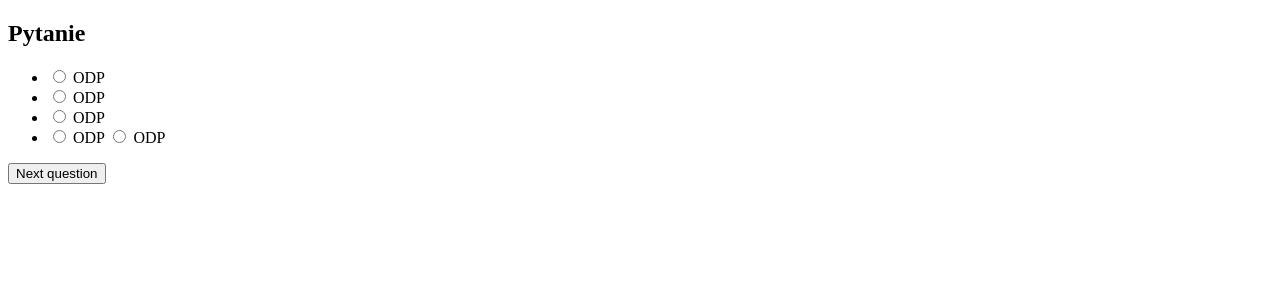
Repository: SebastianArmata22/Quiz
Page: index.html
An editor plug-in stored every save of this project. The page is shown before and after the next save, followed by the edit.
The browser window is 1280 px wide. The pictures show the whole page.

Above is the page before, as saved 2020-10-01 15:05:10.

### index.html
<!DOCTYPE html>
<html>
    <head>
        <meta charset="utf-8">
        <meta http-equiv="X-UA-Compatible" content="IE=edge">
        <title>Quiz</title>
        <meta name="description" content="">
        <meta name="viewport" content="width=device-width, initial-scale=1">
        <link rel="stylesheet" href="">
    </head>
    <body>
        <div class="quiz-container">
            <h2>
                Pytanie
            </h2>
            <ul>
                <li class="answer">
                    <input type="radio" name="a">
                    <label id="a">ODP</label>
                </li>
                <li class="answer">
                    <input type="radio" name="b">
                    <label id="b">ODP</label>
                </li>
                <li class="answer">
                    <input type="radio" name="c">
                    <label id="c">ODP</label>
                </li>
                <li class="answer">
                    <input type="radio" name="d">
                    <label id="d">ODP</label>
                    <input type="radio" name="f">
                    <label id="f">ODP</label>
                </li>

            </ul>
            <button id="next">Next question</button>
        </div>
        <script src="" async defer></script>
    </body>
</html>

After the next save:
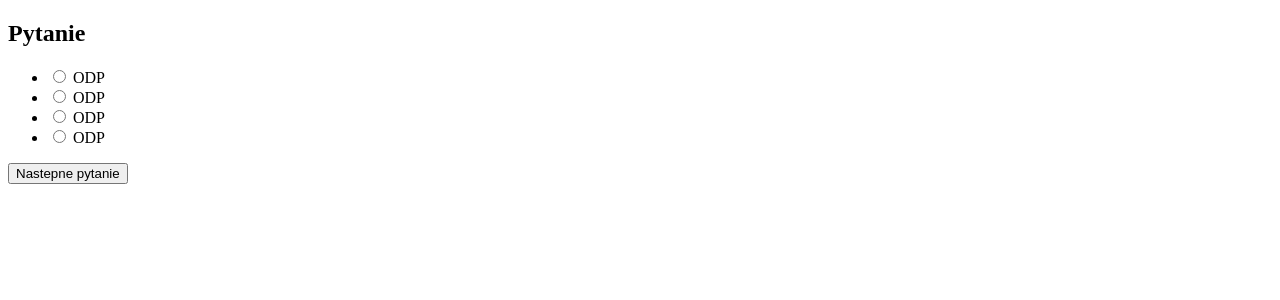
Saved 2 min 19 s later.
--- a/index.html
+++ b/index.html
@@ -29,12 +29,10 @@
                 <li class="answer">
                     <input type="radio" name="d">
                     <label id="d">ODP</label>
-                    <input type="radio" name="f">
-                    <label id="f">ODP</label>
                 </li>
 
             </ul>
-            <button id="next">Next question</button>
+            <button id="next">Nastepne pytanie</button>
         </div>
         <script src="" async defer></script>
     </body>
